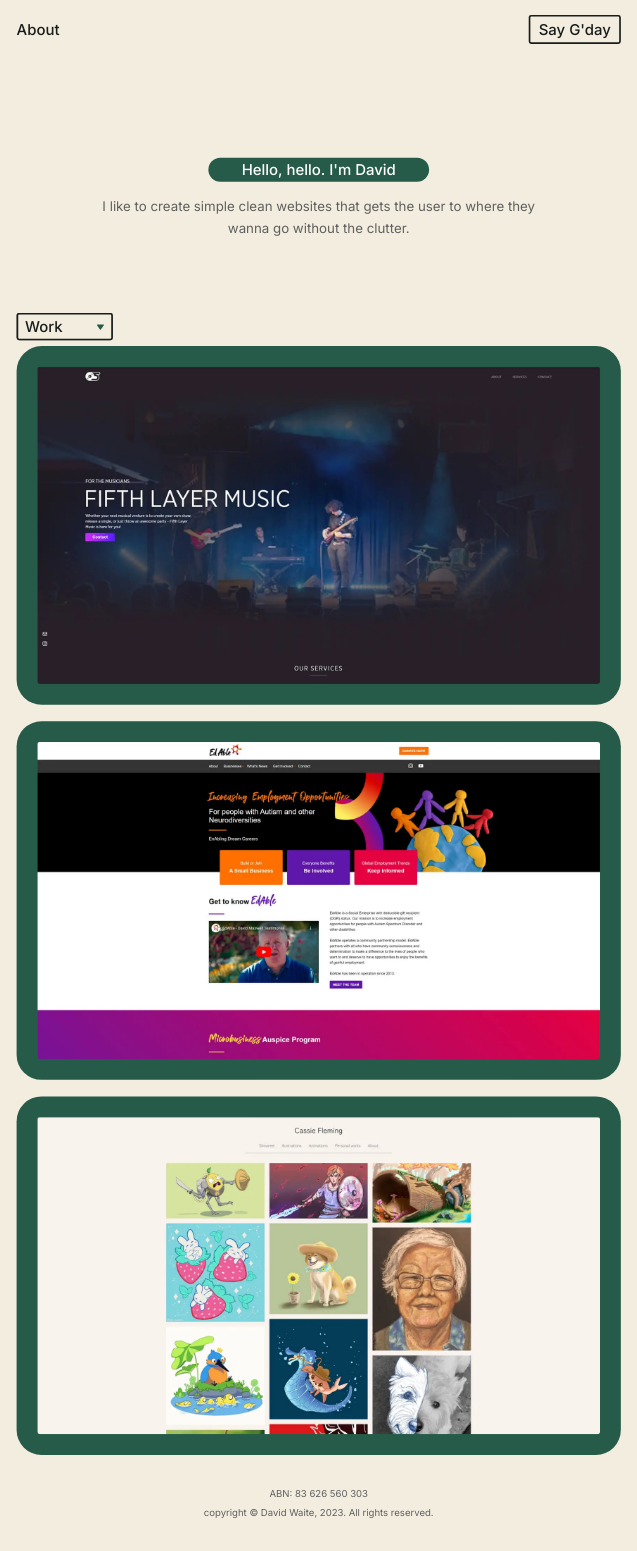
Repository: David-Waite/David-Waite-Portfolio
Page: /
The author's editor kept a copy of each file at every save. The page is drawn from the files as they stood at one save, then again after the next save.
The browser window is 768 px wide. The pictures show the whole page, at 83% of full size.
The project was rebuilt for these pictures with package versions that can differ from the ones it lists, and the page was loaded fresh each time. Some packages were replaced by stand-ins written for this rebuild. The framework's server and built-in components were replaced by stand-ins that run in the browser. Also part of the build but not shown: next.config.js.

Above is the page before, as saved 2023-07-28 08:43:00.

### app/layout.tsx
import "./globals.css";
import type { Metadata } from "next";
import { Inter } from "next/font/google";
import NavBar from "./components/Nav/NavBar/NavBar";
import Footer from "./components/Footer/Footer";

const inter = Inter({ subsets: ["latin"] });

export const metadata: Metadata = {
  title: "David Waite | Web Developer",
  description: `David Waite. Web Developer. I like to create simple clean websites that gets the user to where they wanna go without the clutter.`,
  formatDetection: {
    telephone: false,
  },
};

export default function RootLayout({
  children,
}: {
  children: React.ReactNode;
}) {
  return (
    <html lang="en">
      <body className={inter.className}>
        <NavBar />
        <div className="content">{children}</div>

        <Footer />
      </body>
    </html>
  );
}

### app/page.tsx
import Projects from "./components/Home/Projects/Projects";
import styles from "./page.module.css";

export default function Home() {
  return (
    <main className={styles.main}>
      <div className={styles.headingContainer}>
        <h1>Hello, hello. I&apos;m David</h1>
        <p>
          I like to create simple clean websites that gets the user to where
          they wanna go without the clutter.
        </p>
      </div>
      <div className={styles.projectContainer}>
        <Projects />
      </div>
    </main>
  );
}

### app/contact/send/route.ts
import mail from "@sendgrid/mail";
import { NextResponse } from "next/server";

// Create an api key in sendgrid and store someplace safe
mail.setApiKey(process.env.SENDGRID_API_KEY || "");

type ResponseData = {
  status?: string;
  message?: string;
};

export async function POST(request: Request) {
  let response: ResponseData = {};
  const body = await request.json();
  // I know the formData I sent in my request has name, email, and message fields so I'm just manually grabbing them to format a message
  const message = `
    Name: ${body.name}\r\n
    Email: ${body.email}\r\n
    Message: ${body.message}

  `;
  const data = {
    to: "davidwaite122@gmail.com",
    from: "davidwaiteportfolio@zohomail.com.au",
    subject: "Contact Message via Sendgrid",
    text: message,
    html: message.replace(/\r\n/g, "<br>"),
  };

  // Send the data and create a response object. I'm using status and message to display a success or fail notification in the UI
  await mail
    .send(data)
    .then(() => {
      response = {
        status: "success",
        message: "Your message was sent. I'll be in contact shortly.",
      };
    })
    .catch((error) => {
      response = {
        status: "error",
        message: `Message failed to send with error, ${error}`,
      };
    });

  return NextResponse.json(response);
}

### app/globals.css
:root {
  --primary: #255b48;
  --black: #191d1b;
  --background: #f3eddf;
  --white: #ffffff;
  --grey: #606060;
  --error: #a83c23;
}

.paragraph {
  font-size: 18px;
  font-style: normal;
  font-weight: 400;
  line-height: 25.2px;
  color: var(--black);
}

body {
  background-color: var(--background);
  min-height: 100vh;
  display: flex;
  flex-direction: column;
}

.content {
  min-height: calc(100vh - 186px);
}
* {
  padding: 0;
  margin: 0;
  box-sizing: border-box;
}

### app/components/Nav/NavBar/NavBar.tsx
"use client";
import NavButton from "../NavButton/NavButton";
import styles from "./navBar.module.css";
import { usePathname } from "next/navigation";

import Link from "next/link";

export default function NavBar() {
  const currentRoute = usePathname();

  return (
    <nav className={styles.container}>
      <Link
        className={styles.link}
        href={`./${currentRoute === "/" ? "about" : "/"}`}
      >
        {currentRoute === "/" ? "About" : "Home"}
      </Link>

      {currentRoute !== "/contact" && <NavButton />}
    </nav>
  );
}

### app/components/Footer/Footer.tsx
import styles from "./footer.module.css";

export default function Footer() {
  return (
    <footer className={styles.main}>
      <p>ABN: 83 626 560 303</p>
      <p>copyright © David Waite, 2023. All rights reserved.</p>
    </footer>
  );
}

### app/components/Home/Projects/Projects.tsx
"use client";

import Image from "next/image";
import styles from "./projects.module.css";
import Dropdown from "../Dropdown/Dropdown";
import { useState } from "react";

export default function About() {
  const projects: any = [
    {
      image: "/simplySpell.webp",
      imageAlt: "Simply Spell",
      link: "main--radiant-pasca-39ceb4.netlify.app",
      description: "An app to help with spelling",
      madeWith: ["React Native", "expo"],
    },
    {
      image: "/2022Porfolio.webp",
      imageAlt: "2022 portfolio",
      link: "myportfolio-three-psi.vercel.app",
      description: "My portfolio from 2022",
      madeWith: ["Next.Js", "Contentful"],
    },
    {
      image: "/hannahsBirthday.webp",
      imageAlt: "hannahs birthday",
      link: "hannahs-birthday.vercel.app",
      description: "A birthday reminder",
      madeWith: ["React.Js"],
    },
    {
      image: "/zappoWebsite.webp",
      imageAlt: "zappo website landing page",
      link: "zappo-fan-page.vercel.app/",
      description: "A page showcasing my favourite lolly ",
      madeWith: ["React.Js"],
    },
    {
      image: "/boredAPI.webp",
      imageAlt: "boredAPI",
      link: "main--endearing-lebkuchen-f290d5.netlify.app",
      description: "Playing around with bored API",
      madeWith: ["JavaScript"],
    },
    {
      image: "/colourFlipper.webp",
      imageAlt: "colour Flipper main page",
      link: "main--superb-zuccutto-1e7bc5.netlify.app",
      description: "A random colour generator",
      madeWith: ["JavaScript"],
    },
  ];

  const work: any = [
    {
      image: "/FifthLayerMusic.webp",
      imageAlt: "Fifth layer music home",
      link: "fifth-layer-music.vercel.app",
      description: "A platform for musicians to do what they do best",
      madeWith: ["Next.Js"],
    },
    {
      image: "/EdAble.webp",
      imageAlt: "Edable Home",
      link: "www.edable.org.au",
      description:
        "A charity working on employing and educating in the field of autism",
      madeWith: ["Next.Js", "Contentful"],
    },
    {
      image: "/CassieFleming.webp",
      imageAlt: "Cassie Fleming illustrations",
      link: "www.cassiefleming.com",
      description: "An animation portfolio",
      madeWith: ["Next.Js", "Contentful"],
    },
  ];

  const [dropdown, setDropdown] = useState({
    selected: "Work",
    unselected: "Projects",
  });

  function handleSelect() {
    setDropdown((prev) => {
      return {
        selected: prev.unselected,
        unselected: prev.selected,
      };
    });
  }
  const data = dropdown.selected === "Projects" ? projects : work;

  const projectCardsElement: any = data.map((item: any) => {
    return (
      <div key={item.title} className={styles.contaner}>
        <div className={styles.outerContainer}>
          <div className={styles.projectsCard}>
            <div className={styles.projectContainer}>
              <div className={styles.projectInfo}>
                <div></div>
                <div>
                  <h2>{item.link}</h2>
                  <p>{item.description}</p>
                  <p className={styles.linkContainer}>
                    <a
                      href={`https://${item.link}`}
                      target="_blank"
                      className={styles.link}
                    >
                      View Website
                    </a>
                  </p>
                </div>

                <ul className={styles.madeWith}>
                  {item.madeWith.map((madewith: any) => (
                    <li key={item.title}>
                      {`${madewith}${
                        madewith === item.madeWith[item.madeWith.length - 1]
                          ? ""
                          : ","
                      }`}
                    </li>
                  ))}
                </ul>
              </div>

              <Image
                className={styles.projectImages}
                src={item.image}
                alt={item.imageAlt}
                fill={true}
              />
            </div>
          </div>
        </div>
      </div>
    );
  });
  return (
    <>
      <Dropdown onClick={handleSelect} dropdown={dropdown} />
      <div className={styles.projectsGrid}>{projectCardsElement}</div>
    </>
  );
}

### app/page.module.css
.main {
  margin: 0 30px;
}
.headingContainer,
.projectContainer {
  margin: 0 30px;
}
.headingContainer {
  display: flex;
  flex-direction: column;
  align-items: center;
  margin: 120px 0px;
}

.headingContainer h1 {
  background-color: var(--primary);
  color: var(--white);
  font-size: 18px;
  font-weight: 500;
  padding: 4px 40px;
  border-radius: 20px;
  margin-bottom: 16px;
}

.headingContainer p {
  color: var(--grey);
  max-width: 550px;
  text-align: center;
  line-height: 27px;
}

@media (max-width: 768px) {
  .main {
    margin: 0 20px;
  }
  .projectContainer {
    margin: 0;
  }
}

@media (max-width: 425px) {
  .headingContainer {
    margin: 120px 20px;
  }
  .projectContainer {
    margin: 0;
  }

  .headingContainer h1,
  .headingContainer h1 p {
    font-size: 16px;
  }
}

### app/components/Nav/NavButton/NavButton.tsx
import styles from "./navButton.module.css";

import Link from "next/link";

export default function NavButton() {
  return (
    <Link className={styles.container} href={"./contact"}>
      Say G&apos;day
    </Link>
  );
}

### app/components/Nav/NavBar/navBar.module.css
.container {
  display: flex;
  align-items: center;
  justify-content: space-between;
  height: 70px;
  padding: 0 30px;
}

.link {
  color: var(--black);
  text-decoration: none;
  font-size: 18px;
  font-weight: 500;
  cursor: pointer !important;
}

.link:hover {
  color: var(--grey);
}

@media (max-width: 768px) {
  .container {
    padding: 0 20px;
  }
}
@media (max-width: 425px) {
  .link {
    font-size: 16px;
  }
}

### app/components/Footer/footer.module.css
.main {
  text-align: center;
  margin-top: 40px;
  margin-bottom: 40px;
  font-size: 11.52px;
  color: var(--grey);
  display: flex;
  flex-direction: column;
  gap: 8px;
}

### app/components/Home/Projects/projects.module.css
.projectsGrid {
  display: grid;
  grid-template-columns: 1fr 1fr 1fr;
  gap: 30px;
}

.projectsCard {
  background-color: var(--primary);
  height: calc((100vw / 3) / 16 * 9);
  border-radius: 30px;
  display: flex;
  align-items: center;
  justify-content: center;
}

.projectContainer {
  position: relative;
  height: calc(100% - 120px);
  width: calc(100% - 168px);
}
.projectImages {
  object-fit: contain;
  z-index: 0;
  transition: 0.4s;
  border-radius: 3px;
}
.projectInfo {
  position: absolute;
  top: 50%;
  left: 50%;
  width: 100%;
  height: 100%;
  transform: translate(-50%, -50%);
  z-index: 2;
  display: flex;
  flex-direction: column;
  justify-content: space-between;
  align-items: center;
  opacity: 0;
  transition: 0.4s;
}

.projectsCard h2 {
  text-align: center;
  color: var(--white);
  font-size: 18px;
  font-weight: 500;
}

.projectsCard p {
  font-size: 18px;
  text-align: center;
  margin: 8px 30px 0 30px;
  color: var(--white);
  font-weight: 300;
}

.madeWith {
  list-style: none;
  display: flex;
  justify-content: center;
  gap: 8px;
  color: #a7a7a7;
  font-size: 14.4px;
}

.contaner:hover .projectImages {
  opacity: 0;
  transform: scale(1.1);
}

.contaner:hover .projectInfo {
  opacity: 1;
}

.linkContainer {
  padding-top: 16px;
}
.link {
  text-align: center;
  border: 2px solid var(--white);
  padding: 4px 8px;
  text-decoration: none;
  color: var(--white);
  border-radius: 3px;
  font-weight: 500;
}

.link:hover {
  color: var(--primary);
  background-color: var(--white);
}
@media (max-width: 1700px) {
  .projectContainer {
    height: calc(100% - 68px);
    width: calc(100% - 82px);
  }
}

@media (max-width: 1300px) {
  .projectsGrid {
    grid-template-columns: 1fr 1fr;
  }

  .projectsCard {
    background-color: var(--primary);
    height: calc((100vw / 2) / 16 * 9);
  }
}

@media (max-width: 768px) {
  .projectsGrid {
    grid-template-columns: 1fr;
    gap: 20px;
  }

  .projectsCard {
    height: calc((100vw) / 16 * 9);
  }

  .projectContainer {
    height: calc(100% - 50px);
    width: calc(100% - 50px);
  }
}

@media (max-width: 425px) {
  .projectsCard p,
  .projectsCard h2 {
    font-size: 16px;
  }
  .link {
    font-size: 12px;
  }
  .linkContainer {
    padding-top: 8px;
  }

  .madeWith {
    font-size: 12.8px;
  }
  .projectContainer {
    height: calc(100% - 50px);
    width: calc(100% - 0px);
  }
}

### app/components/Home/Dropdown/Dropdown.tsx
"use client";

import { useState } from "react";
import styles from "./dropdown.module.css";
import { BiSolidDownArrow } from "react-icons/bi";

export default function Dropdown(props: { onClick: any; dropdown: any }) {
  const [selectTopHover, setSelectTopHover] = useState(false);
  const [hover, setHover] = useState(false);

  function handleSelect() {
    props.onClick();
    setHover(false);
  }

  function toggleSelect() {
    setHover((prev) => !prev);
  }

  const openStyle = {
    top: "-32px",
  };

  const closedStyle = {
    top: "6px",
  };

  const openSVGStyle = {
    transform: "rotate(180deg)",
  };

  const hoverSVGStyle = {
    color: "white",
  };

  return (
    <div
      className={styles.selectContainer}
      onMouseLeave={() => setHover(false)}
    >
      <div
        className={styles.select}
        onMouseOver={() => setSelectTopHover(true)}
        onMouseOut={() => setSelectTopHover(false)}
        onClick={toggleSelect}
      >
        {props.dropdown.selected}
        <BiSolidDownArrow
          style={Object.assign(
            hover && openSVGStyle,
            selectTopHover && hoverSVGStyle
          )}
        />
      </div>
      <div
        onClick={handleSelect}
        className={styles.dropdown}
        style={hover ? closedStyle : hover === false ? openStyle : closedStyle}
      >
        {props.dropdown.unselected}
      </div>
    </div>
  );
}

### app/components/Nav/NavButton/navButton.module.css
.container {
  border: 2px solid var(--black);
  color: var(--black);
  font-weight: 500;
  border-radius: 3px;
  font-size: 18px;
  padding: 5px 10px;
  transition: 0.3s;
  text-decoration: none;
  cursor: pointer !important;
}

.container:hover {
  background-color: var(--primary);
  color: var(--white);
}

@media (max-width: 425px) {
  .container {
    font-size: 16px;
  }
}

### app/components/Home/Dropdown/dropdown.module.css
.selectContainer {
  display: flex;
  position: relative;
  width: 116px;

  height: 8px;
}
.select {
  width: 116px;
  z-index: 2;
  top: -32px;
  position: absolute;
  display: flex;
  justify-content: space-between;
  align-items: center;
  font-size: 18px;
  color: var(--black);
  border: 2px solid var(--black);
  border-radius: 3px;
  padding: 4px 8px;
  background-color: var(--background);
  margin-bottom: 8px;
  font-weight: 500;
  transition: 0.3s;
  cursor: pointer !important;
}

.select:hover {
  background-color: var(--primary);
  color: var(--white);
}

.select svg {
  font-size: 10px;
  color: var(--primary);
  transition: 0.3s;
}

.dropdown {
  position: absolute;
  z-index: 1;
  color: var(--grey);
  width: 100%;
  font-size: 18px;
  border: 2px solid var(--grey);
  border-radius: 3px;
  padding: 4px 8px;
  background-color: var(--background);
  margin-bottom: 8px;
  transition: 0.3s;
  font-weight: 500;
  cursor: pointer !important;
}

.dropdown:hover {
  background-color: var(--primary);
  color: var(--white);
  border-color: var(--black);
}

@media (max-width: 425px) {
  .select,
  .dropdown {
    font-size: 16px;
    width: 108px;
  }
}

After the next save:
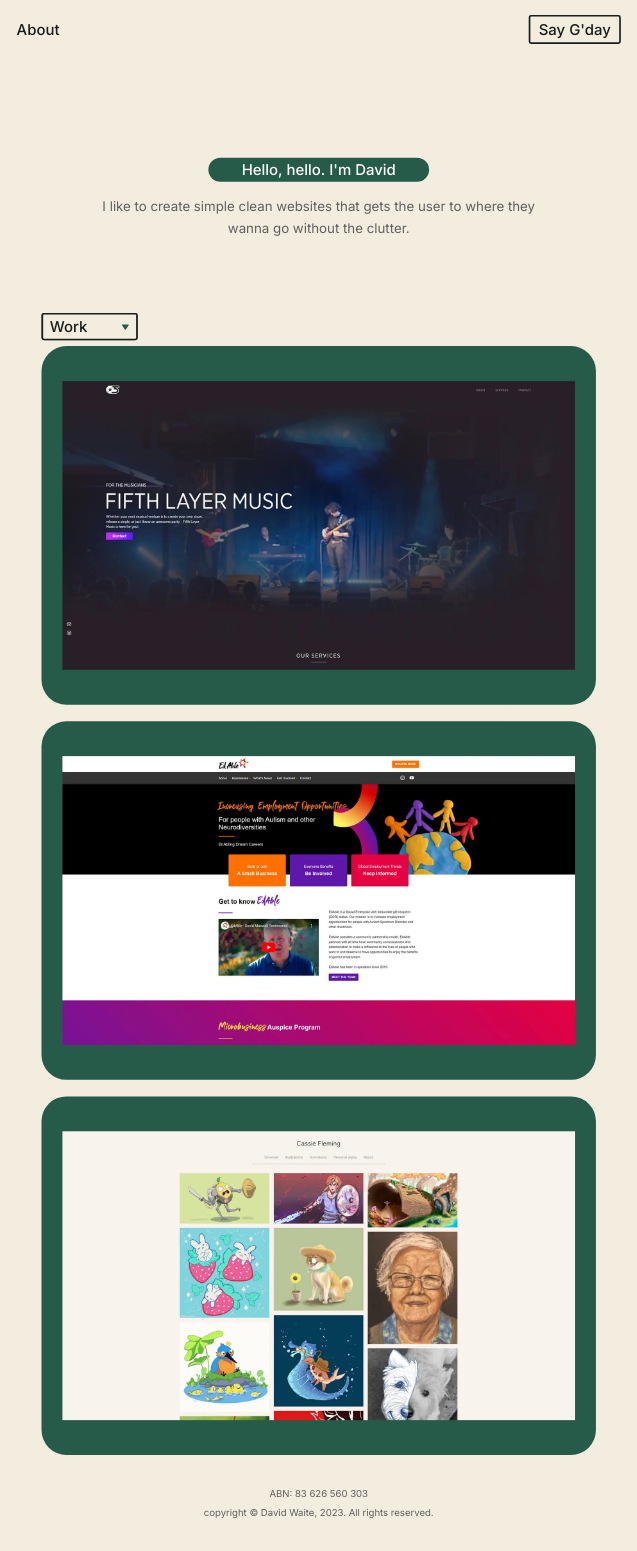
Saved 12 s later.
--- a/app/page.module.css
+++ b/app/page.module.css
@@ -33,9 +33,6 @@
   .main {
     margin: 0 20px;
   }
-  .projectContainer {
-    margin: 0;
-  }
 }
 
 @media (max-width: 425px) {
